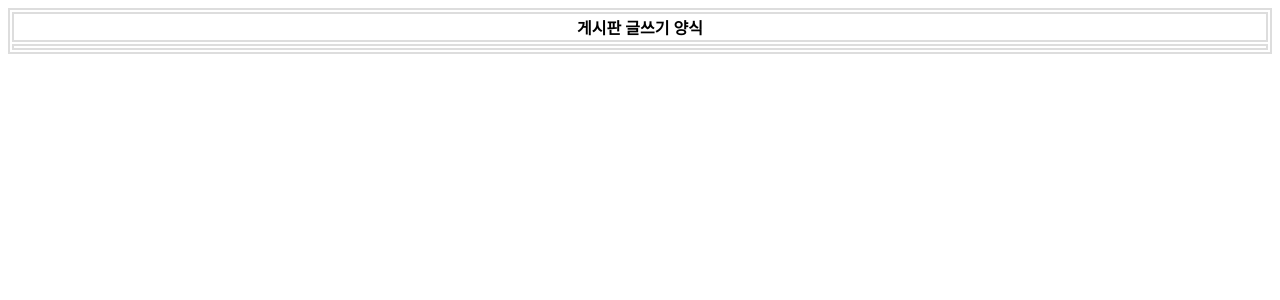
Repository: minjikimkim2222/BBS
Page: http://localhost/BBS/write.jsp
An editor plug-in stored every save of this project. The page is shown before and after the next save, followed by the edit.
The browser window is 1280 px wide. The pictures show the whole page.
The page is served by Tomcat 9.

Above is the page before, as saved 2024-01-02 11:41:52.

After the next save:
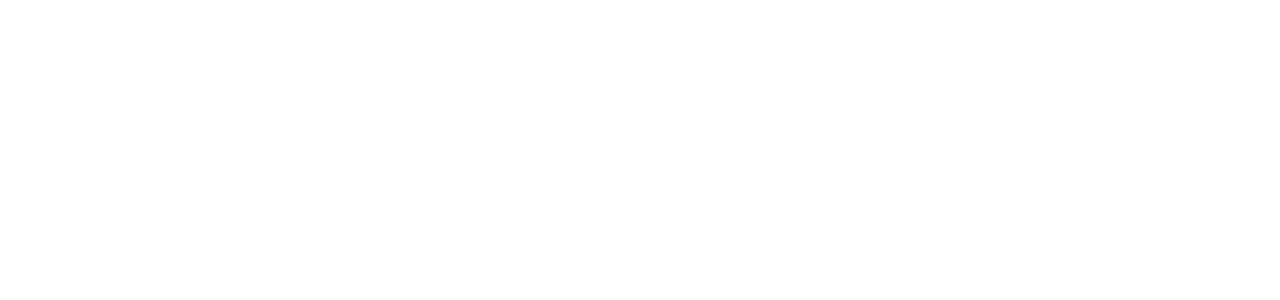
Saved 27 s later.
--- a/BBS/src/main/webapp/write.jsp
+++ b/BBS/src/main/webapp/write.jsp
@@ -23,7 +23,7 @@
 	<div class = "my-container">
 		<div class = "my-row">
 			<form method = "post" action = "writeAction.jsp">
-				<table>
+				<table class = "table table-striped" style = "text-align : center;>
 					<thead>
 						<tr>
 							<th>게시판 글쓰기 양식</th>

After the save that followed:
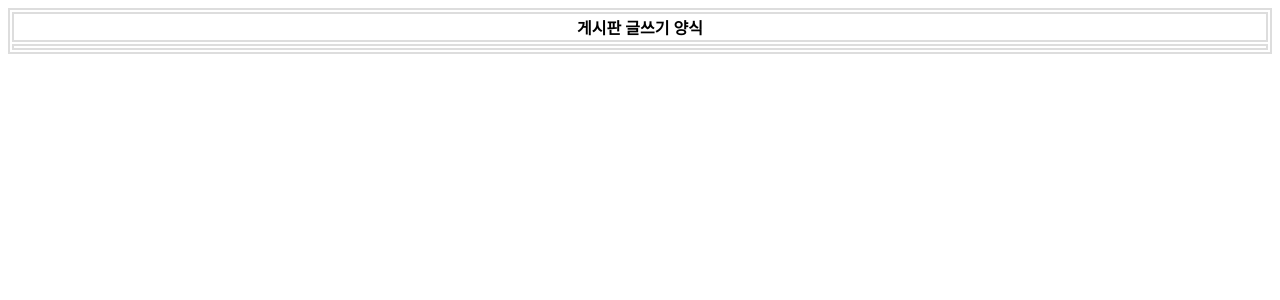
Saved 5 s later.
--- a/BBS/src/main/webapp/write.jsp
+++ b/BBS/src/main/webapp/write.jsp
@@ -23,7 +23,7 @@
 	<div class = "my-container">
 		<div class = "my-row">
 			<form method = "post" action = "writeAction.jsp">
-				<table class = "table table-striped" style = "text-align : center;>
+				<table class = "table table-striped" style = "text-align : center;">
 					<thead>
 						<tr>
 							<th>게시판 글쓰기 양식</th>
